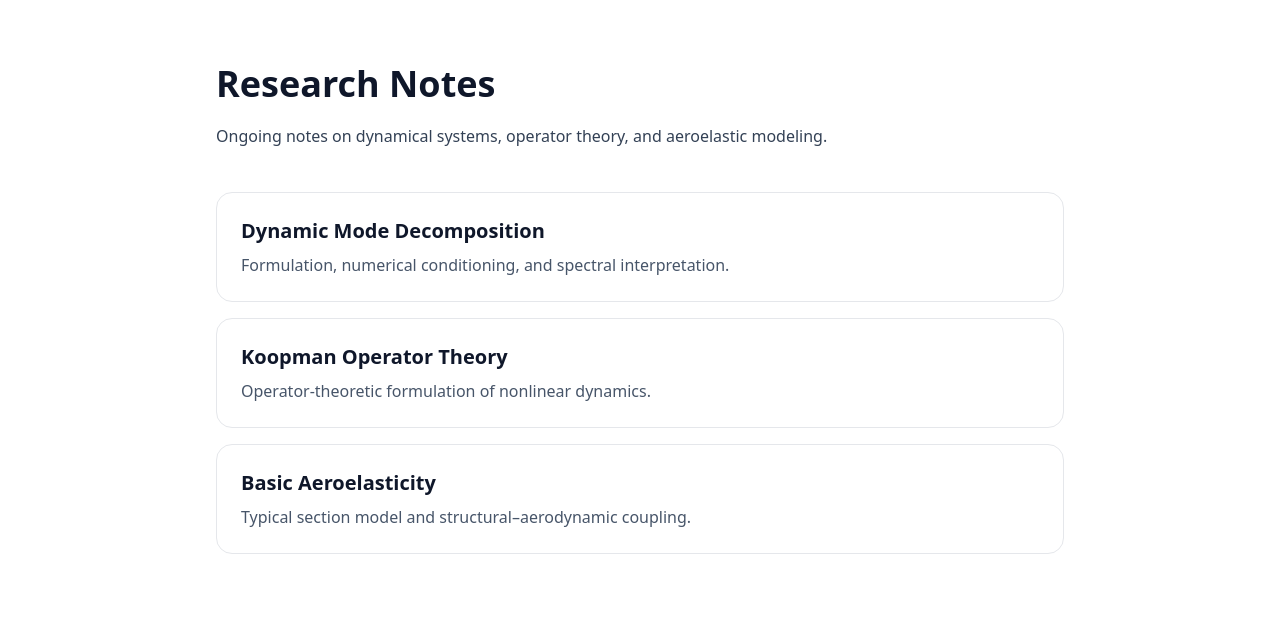
Repository: JWS625/JWS625.github.io
Page: notes/index.html
These files come from the project's save history. The page is drawn as it stood at one moment and after the next save; the edit follows.
The browser window is 1280 px wide. The pictures show the whole page.
Some web libraries are served in a nearby version.

Above is the page before, as saved 2026-02-20 17:02:02.

### notes/index.html
<!doctype html>
<html>
<head>
  <meta charset="utf-8">
  <title>Research Notes | Jiwoo Song</title>
  <script src="https://cdn.tailwindcss.com"></script>
</head>

<body class="bg-white text-slate-900">
<div class="max-w-4xl mx-auto px-6 py-16">

<h1 class="text-4xl font-semibold">Research Notes</h1>
<p class="mt-4 text-slate-700 leading-8">
Ongoing notes on dynamical systems, operator theory, and aeroelastic modeling.
</p>

<div class="mt-10 space-y-4">

<a href="dmd.html" class="block p-6 border rounded-2xl hover:bg-slate-50">
<h2 class="text-xl font-semibold">Dynamic Mode Decomposition</h2>
<p class="text-slate-600 mt-2">
Formulation, numerical conditioning, and spectral interpretation.
</p>
</a>

<a href="koopman.html" class="block p-6 border rounded-2xl hover:bg-slate-50">
<h2 class="text-xl font-semibold">Koopman Operator Theory</h2>
<p class="text-slate-600 mt-2">
Operator-theoretic formulation of nonlinear dynamics.
</p>
</a>

<a href="aeroelasticity.html" class="block p-6 border rounded-2xl hover:bg-slate-50">
<h2 class="text-xl font-semibold">Basic Aeroelasticity</h2>
<p class="text-slate-600 mt-2">
Typical section model and structural–aerodynamic coupling.
</p>
</a>

</div>

</div>
</body>
</html>

After the next save:
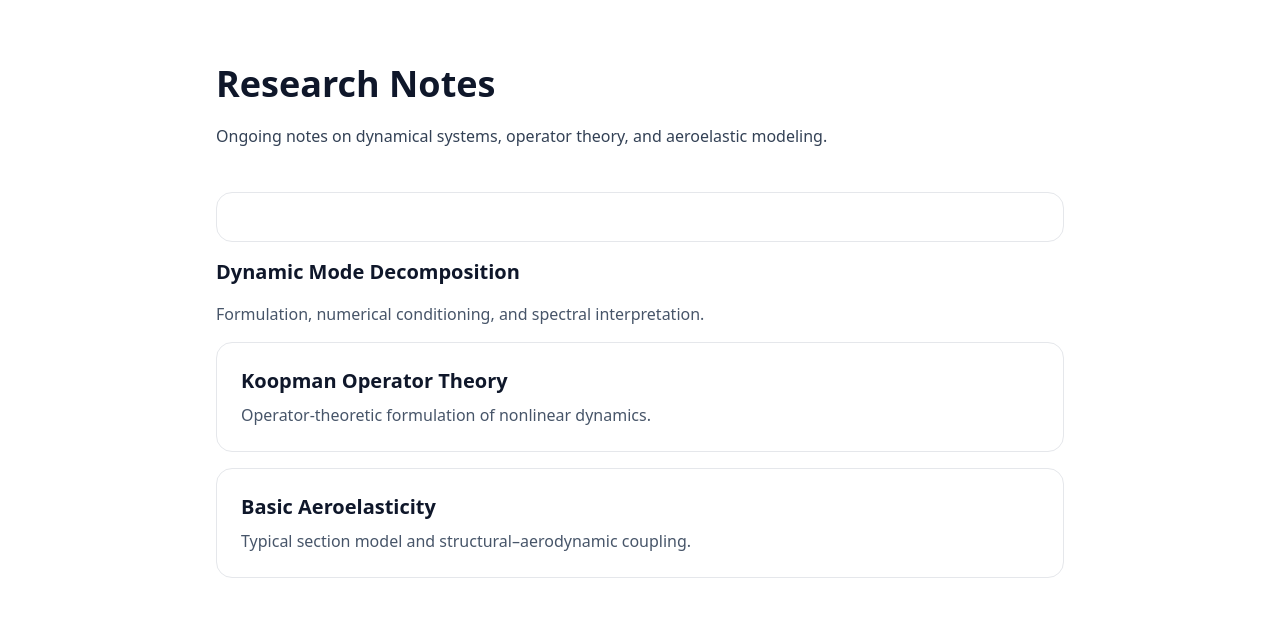
Saved 8 min 52 s later.
--- a/notes/index.html
+++ b/notes/index.html
@@ -16,7 +16,7 @@ Ongoing notes on dynamical systems, operator theory, and aeroelastic modeling.
 
 <div class="mt-10 space-y-4">
 
-<a href="dmd.html" class="block p-6 border rounded-2xl hover:bg-slate-50">
+<a href="dmd/" class="block p-6 border rounded-2xl hover:bg-slate-50"></a>
 <h2 class="text-xl font-semibold">Dynamic Mode Decomposition</h2>
 <p class="text-slate-600 mt-2">
 Formulation, numerical conditioning, and spectral interpretation.
